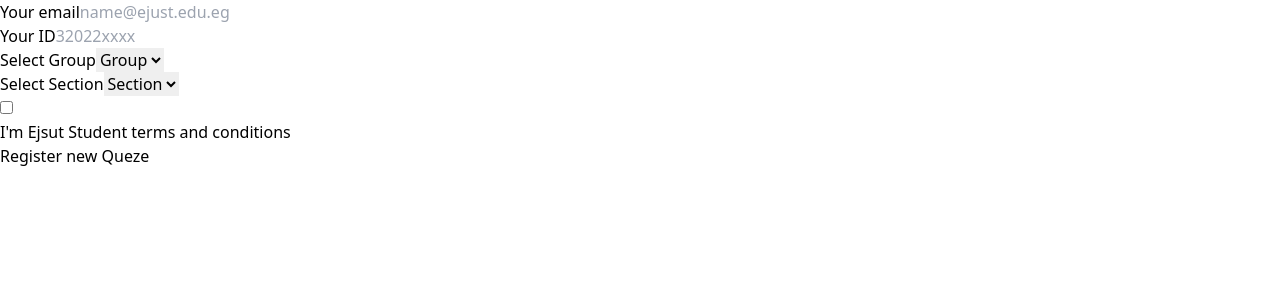
Repository: AbdalrahmanEldeep/FIBOTIC
Page: /
The author's editor kept a copy of each file at every save. The page is drawn from the files as they stood at one save, then again after the next save.
The browser window is 1280 px wide. The pictures show the whole page.
The project was rebuilt for these pictures with package versions that can differ from the ones it lists, and the page was loaded fresh each time. Also part of the build but not shown: vite.config.js, src/pages/protecter.jsx, src/pages/exame.jsx.

Above is the page before, as saved 2023-01-06 22:41:38.

After the next save:
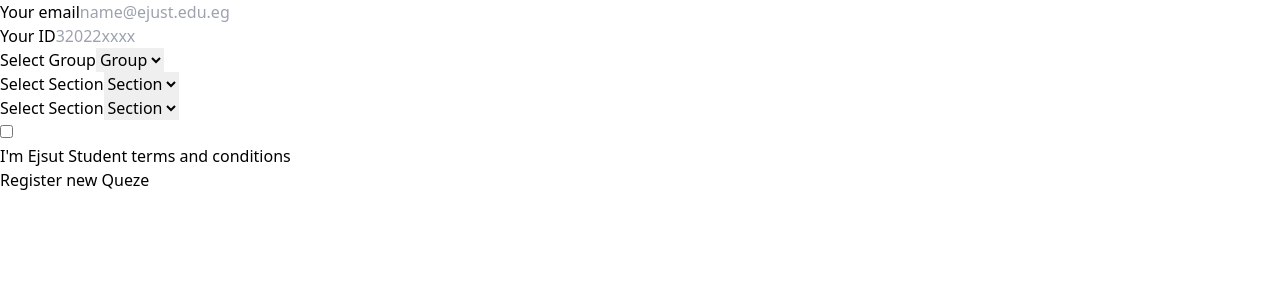
Saved 2 min 17 s later.
--- a/src/components/Form.jsx
+++ b/src/components/Form.jsx
@@ -31,6 +31,15 @@ export const Form = () => {
                     <option value="3">S3</option>
                 </select>
             </div>
+            <div className="flex flex-col gap-2 items-start mb-6">
+                <label htmlFor="countries" className="block mb-2 text-sm font-medium text-gray-900 dark:text-white">Select Section</label>
+                <select id="countries" className="bg-gray-50 border border-gray-300 text-gray-900 text-sm rounded focus:ring-blue-500 focus:border-blue-500 block w-full p-2.5 dark:bg-gray-700 dark:border-gray-600 dark:placeholder-gray-400 dark:text-white dark:focus:ring-blue-500 dark:focus:border-blue-500">
+                    <option selected>Section</option>
+                    <option value="1">S1</option>
+                    <option value="2">S2</option>
+                    <option value="3">S3</option>
+                </select>
+            </div>
             <div className="flex items-start mb-6">
                 <div className="flex items-center h-5">
                 <input id="terms" type="checkbox" value="" className="w-4 h-4 border border-gray-300 rounded bg-gray-50 focus:ring-3 focus:ring-blue-300 dark:bg-gray-700 dark:border-gray-600 dark:focus:ring-blue-600 dark:ring-offset-gray-800" required />
